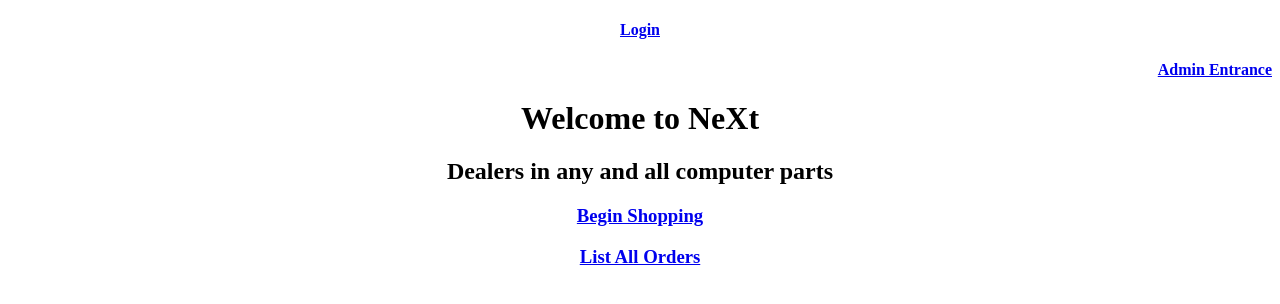
Repository: rstevenson6/304Project
Page: GroupProject/WebContent/shop.html
These files come from the project's save history. The page is drawn as it stood at one moment and after the next save; the edit follows.
The browser window is 1280 px wide. The pictures show the whole page.

Above is the page before, as saved 2016-11-27 07:05:23.

### GroupProject/WebContent/shop.html
<!DOCTYPE html>
<html>
<head>
        <title>NeXt Main page</title>
</head>
<body>
<h4  align="center"><a href="Login.jsp">Login</a></h4>
<h4 align="right"><a href="Login.jsp">Admin Entrance</a></h4>
<h1 align="center"> Welcome to NeXt </h1>

<h2 align="center"> Dealers in any and all computer parts</h2>

<h3  align="center"><a href="listprod.jsp">Begin Shopping</a></h3>


<h3 align="center"><a href="listorder.jsp">List All Orders</a></h3>

</body>
</head>

After the next save:
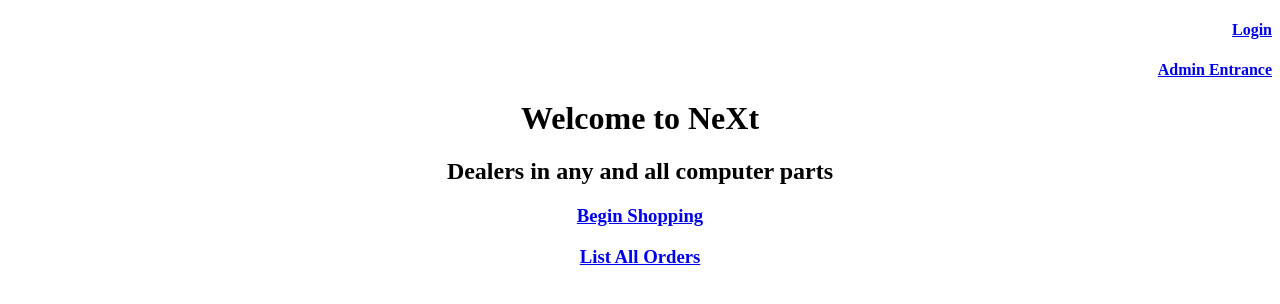
Saved 7 s later.
--- a/GroupProject/WebContent/shop.html
+++ b/GroupProject/WebContent/shop.html
@@ -4,7 +4,7 @@
         <title>NeXt Main page</title>
 </head>
 <body>
-<h4  align="center"><a href="Login.jsp">Login</a></h4>
+<h4  align="right"><a href="Login.jsp">Login</a></h4>
 <h4 align="right"><a href="Login.jsp">Admin Entrance</a></h4>
 <h1 align="center"> Welcome to NeXt </h1>
 
